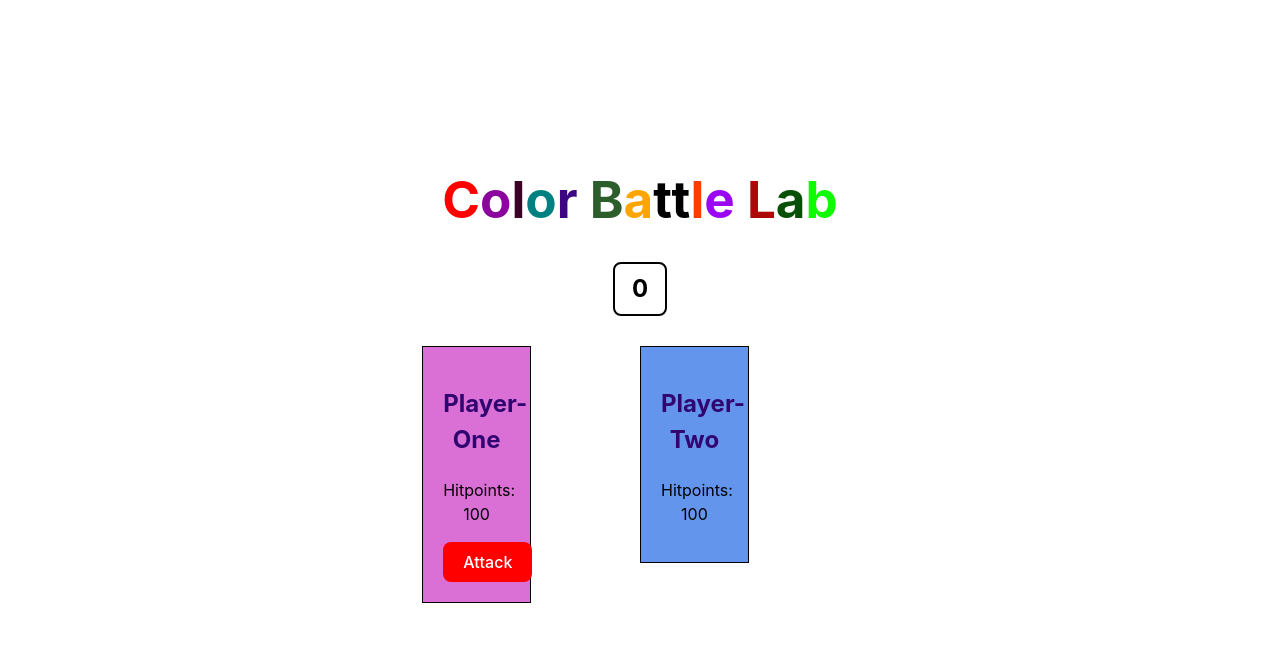
Repository: RAWdevX21/color-battle_lab-build
Page: /
The author's editor kept a copy of each file at every save. The page is drawn from the files as they stood at one save, then again after the next save.
The browser window is 1280 px wide. The pictures show the whole page.
The project was rebuilt for these pictures with package versions that can differ from the ones it lists, and the page was loaded fresh each time. Also part of the build but not shown: vite.config.js.

Above is the page before, as saved 2023-08-17 02:34:54.

### index.html
<!doctype html>
<html lang="en">
  <head>
    <meta charset="UTF-8" />
    <link rel="icon" type="image/svg+xml" href="/vite.svg" />
    <meta name="viewport" content="width=device-width, initial-scale=1.0" />
    <title>Color Battle</title>
  </head>
  <body>
    <div id="root"></div>
    <script type="module" src="/src/main.jsx"></script>
  </body>
</html>

### src/App.jsx
import { useState } from "react";
import GameBanner from "./Components/GameBanner";
import Player from "./Components/PlayerInfo";
import "./App.css";

export default function App() {
  const [player1, setPlayer1] = useState({
    name: "Player-One",
    color: "orchid",
    hitpoints: 100,
    turn: true
  });

  const [player2, setPlayer2] = useState({
    name: "Player-Two",
    color: "cornflowerblue",
    hitpoints: 100,
    turn: false
  });

  const [dice, setDice] = useState(0);

  const handleAttack = (attacker, defender, setAttacker, setDefender) => {
    const damage = Math.floor(Math.random() * 6) + 1;
    setDice(damage);

    const updatedDefender = {
      ...defender,
      hitpoints: defender.hitpoints - damage
    };
    const updatedAttacker = { ...attacker, turn: false };

    setDefender(updatedDefender);
    setAttacker(updatedAttacker);

    // Switch turns
    if (attacker === player1) {
      setPlayer2({ ...player2, turn: true });
    } else {
      setPlayer1({ ...player1, turn: true });
    }

    // Check for game over
    if (updatedDefender.hitpoints <= 0) {
      alert(`${attacker.name} wins!`);
      // Reset game or any other logic you want to add
    }
  };

  return (
    <>
      <div className="wrapper">
        <GameBanner damagePoints={dice} />

        <div className="players-container">
          <div className="player-wrapper">
            <Player
              player={player1}
              onAttack={() =>
                handleAttack(player1, player2, setPlayer1, setPlayer2)
              }
            />
          </div>
          <div className="player-wrapper">
            <Player
              player={player2}
              onAttack={() =>
                handleAttack(player2, player1, setPlayer2, setPlayer1)
              }
            />
          </div>
        </div>
      </div>
    </>
  );
}

### src/index.css
:root {
  font-family: Inter, system-ui, Avenir, Helvetica, Arial, sans-serif;
  line-height: 1.5;
  font-weight: 400;

  color-scheme: light dark;
  background-color: #242424;

}

a {
  font-weight: 500;
  /* color: #646cff; */
  text-decoration: inherit;
}
a:hover {
  /* color: #535bf2; */
}

body {
  margin: 0;
  display: flex;
  place-items: center;
  min-width: 320px;
  min-height: 100vh;
}

h1 {
  font-size: 3.2em;
  line-height: 1.1;
}

button {
  border-radius: 8px;
  border: 1px solid transparent;
  padding: 0.6em 1.2em;
  font-size: 1em;
  font-weight: 500;
  font-family: inherit;
  background-color: #1a1a1a;
  cursor: pointer;
  transition: border-color 0.25s;
}
button:hover {
  border-color: #646cff;
}
button:focus,
button:focus-visible {
  outline: 4px auto -webkit-focus-ring-color;
}

@media (prefers-color-scheme: light) {
  :root {
    background-color: #ffffff;
  }
  a:hover {
    color: #747bff;
  }
  button {
    background-color: #f9f9f9;
  }
}

### src/Components/GameBanner.jsx
import './GameBanner.css';
import Die from "./Die";

const GameBanner = ({ damagePoints }) => {
    return (
      <div className="banner">
        <h1>
          <span className="banner--c">C</span>
          <span className="banner--o">o</span>
          <span className="banner--l">l</span>
          <span className="banner--o2">o</span>
          <span className="banner--r">r</span>
          &nbsp;
          <span className="banner--b">B</span>
          <span className="banner--a">a</span>
          <span className="banner--t">t</span>
          <span className="banner--t">t</span>
          <span className="banner--l2">l</span>
          <span className="banner--e">e</span>
          &nbsp;
          <span className="banner--l3">L</span>
          <span className="banner--a2">a</span>
          <span className="banner--b2">b</span>
        </h1>
        <div className="damage-points">
          <Die value={damagePoints} />
        </div>
      </div>
    );
}

export default GameBanner;

### src/Components/PlayerInfo.jsx
import "./PlayerInfo.css";

const Player = ({ player, onAttack }) => {
  return (
    <div className="player" style={{ backgroundColor: player.color }}>
      <h2>{player.name}</h2>
      <p>Hitpoints: {player.hitpoints}</p>
      {player.turn && (
        <button className="attack-button" onClick={onAttack}>
          Attack
        </button>
      )}
    </div>
  );
};

export default Player;

### src/App.css
#root {
  max-width: 1280px;
  margin: 0 auto;
  padding: 2rem;
  text-align: center;
}

h2 {
  color: rgb(49, 5, 112);
}

.players-container {
    display: flex;
}

.player-wrapper {
    flex: 1; /* This will make each player-wrapper take up equal space */
    width: calc(100% * 3); /* This will make each player-wrapper three times its current length */
    box-sizing: border-box; /* This ensures padding and border are included in the width */
}

### src/Components/GameBanner.css
.banner {
    text-align: center;
    padding: 20px;
    background-color: #ffffff;
    color: black;
}

.damage-points {
    margin-top: 10px;
    font-size: 6rem;
}

.banner h1 span.banner--c { color: red; }
.banner h1 span.banner--o { color: rgb(140, 4, 158); }
.banner h1 span.banner--l { color: rgb(60, 1, 38); }
.banner h1 span.banner--o2 { color: teal; }
.banner h1 span.banner--r { color: rgb(62, 5, 131); }
.banner h1 span.banner--b { color: rgb(43, 94, 43); }
.banner h1 span.banner--a { color: orange; }
.banner h1 span.banner--t { color: black; }
.banner h1 span.banner--l2 { color: rgb(255, 60, 0); }
.banner h1 span.banner--e { color: rgb(153, 7, 245); }
.banner h1 span.banner--l3 { color: rgb(172, 8, 8); }
.banner h1 span.banner--a2 { color: rgb(8, 80, 8); }
.banner h1 span.banner--b2 { color: rgb(17, 250, 1); }

### src/Components/Die.jsx
import "./Die.css";

const Die = ({ value }) => {
  return <div className="die-container">{value}</div>;
};

export default Die;

### src/Components/PlayerInfo.css
.player {
    padding: 20px;
    border: 1px solid black;
    width: 50%;
    box-sizing: border-box;
    background-color: #f5f5f5;
}

.attack-button {
    padding: 10px 20px;
    background-color: red;
    color: white;
    border: none;
    cursor: pointer;
}

### src/Components/Die.css
.die {
    text-align: center;
    font-size: 20px;
    margin-top: 20px;
}

.die-container {
    width: 50px;
    height: 50px;
    border: 2px solid black;
    border-radius: 8px;
    display: flex;
    align-items: center;
    justify-content: center;
    font-size: 24px;
    font-weight: bold;
    margin: 10px auto;
}

Loaded but not shown: src/main.jsx (common file)

After the next save:
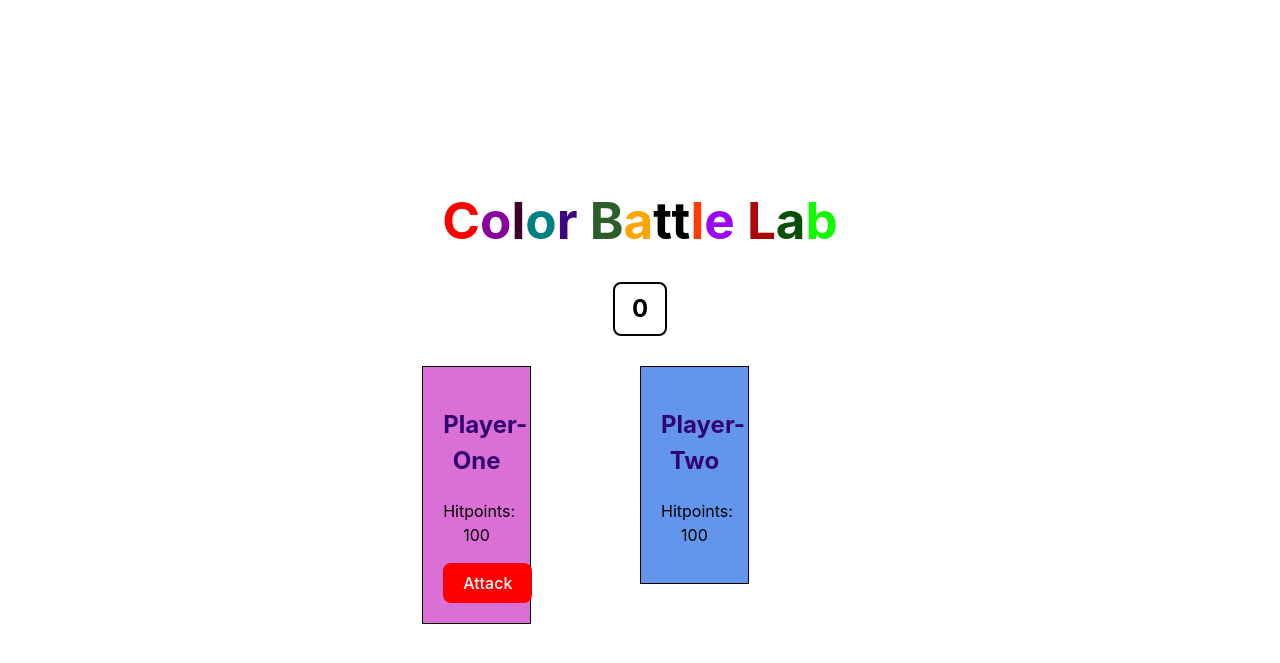
Saved 2 min 44 s later.
--- a/src/App.css
+++ b/src/App.css
@@ -15,6 +15,6 @@ h2 {
 
 .player-wrapper {
     flex: 1; /* This will make each player-wrapper take up equal space */
-    width: calc(100% * 3); /* This will make each player-wrapper three times its current length */
+    height: calc(10vh * 3); /* This will make each player-wrapper three times its current length */
     box-sizing: border-box; /* This ensures padding and border are included in the width */
 }
